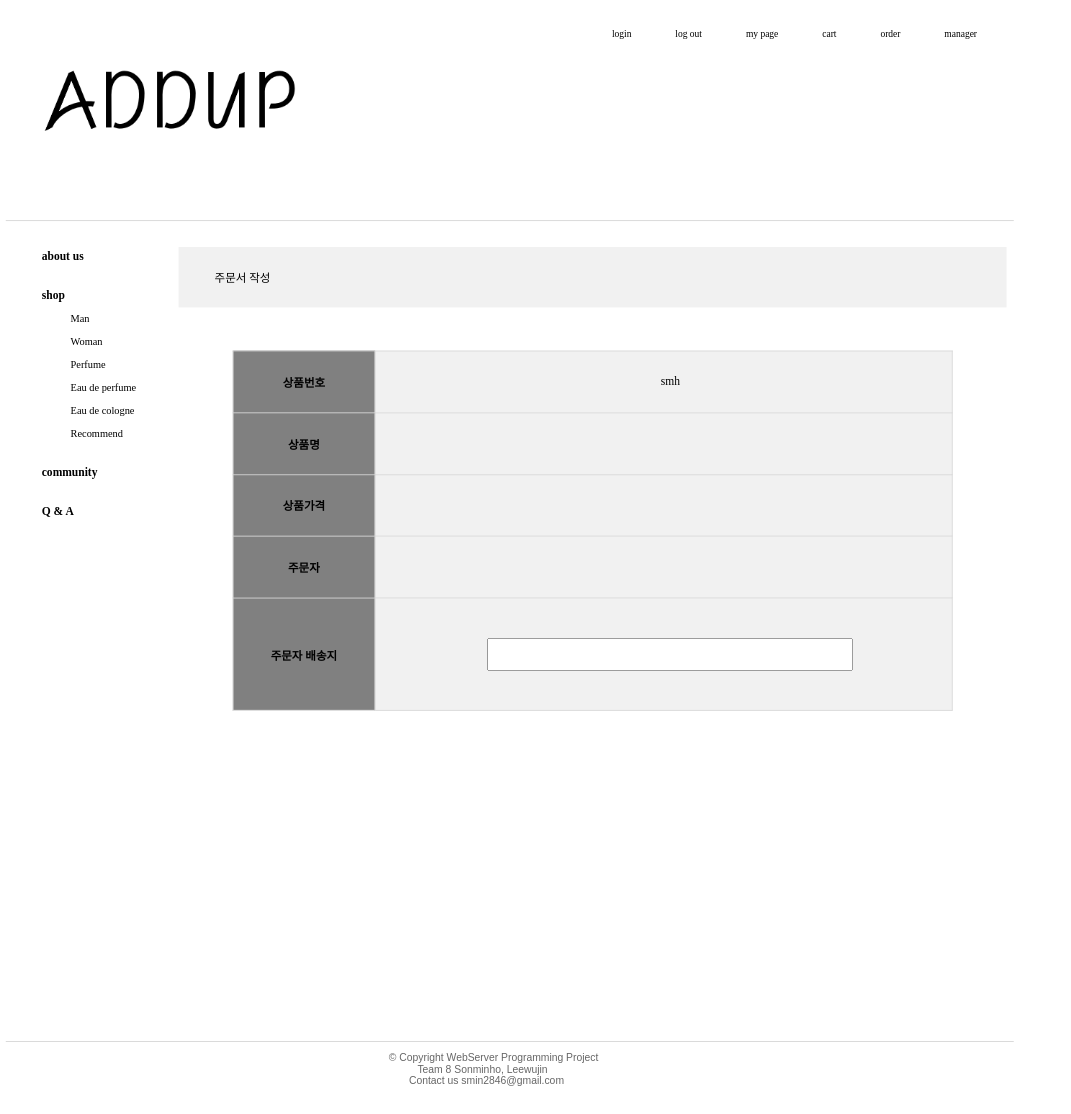
Repository: sonminho/aos
Page: http://localhost/addup_perfume/user_order.jsp
The author's editor kept a copy of each file at every save. The page is drawn from the files as they stood at one save, then again after the next save.
The browser window is 1280 px wide. The page is 1488 px wide, so the pictures cover 1488 px, including what lies to the right of the window. The pictures show the whole page, at 72% of full size.
The page is served by Tomcat 9.

Above is the page before, as saved 2017-12-07 19:17:31.

After the next save:
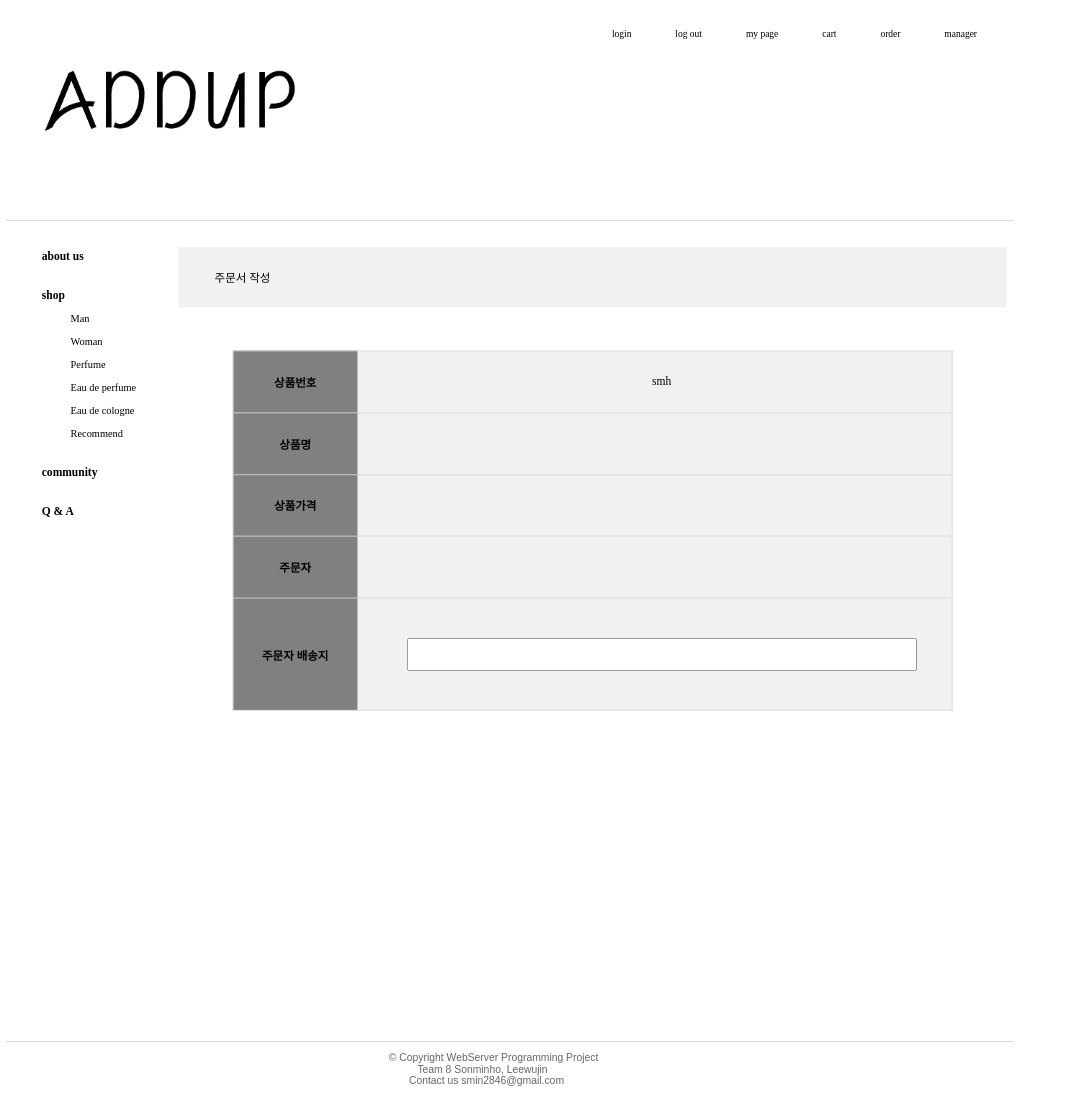
Saved 4 min 10 s later.
--- a/Webserver/addup_perfume/WebContent/user_order.jsp
+++ b/Webserver/addup_perfume/WebContent/user_order.jsp
@@ -222,7 +222,7 @@
 						<th>주문자</th><td></td>
 					</tr>
 					<tr>
-						<th>주문자 배송지</th><td><input type="text" style="width:500px; height:40px; font-size:20px"></td>
+						<th>주문자 배송지</th><td><input type="text" style="width:700px; height:40px; font-size:20px"></td>
 					</tr>
 				</table>
 			</div>
